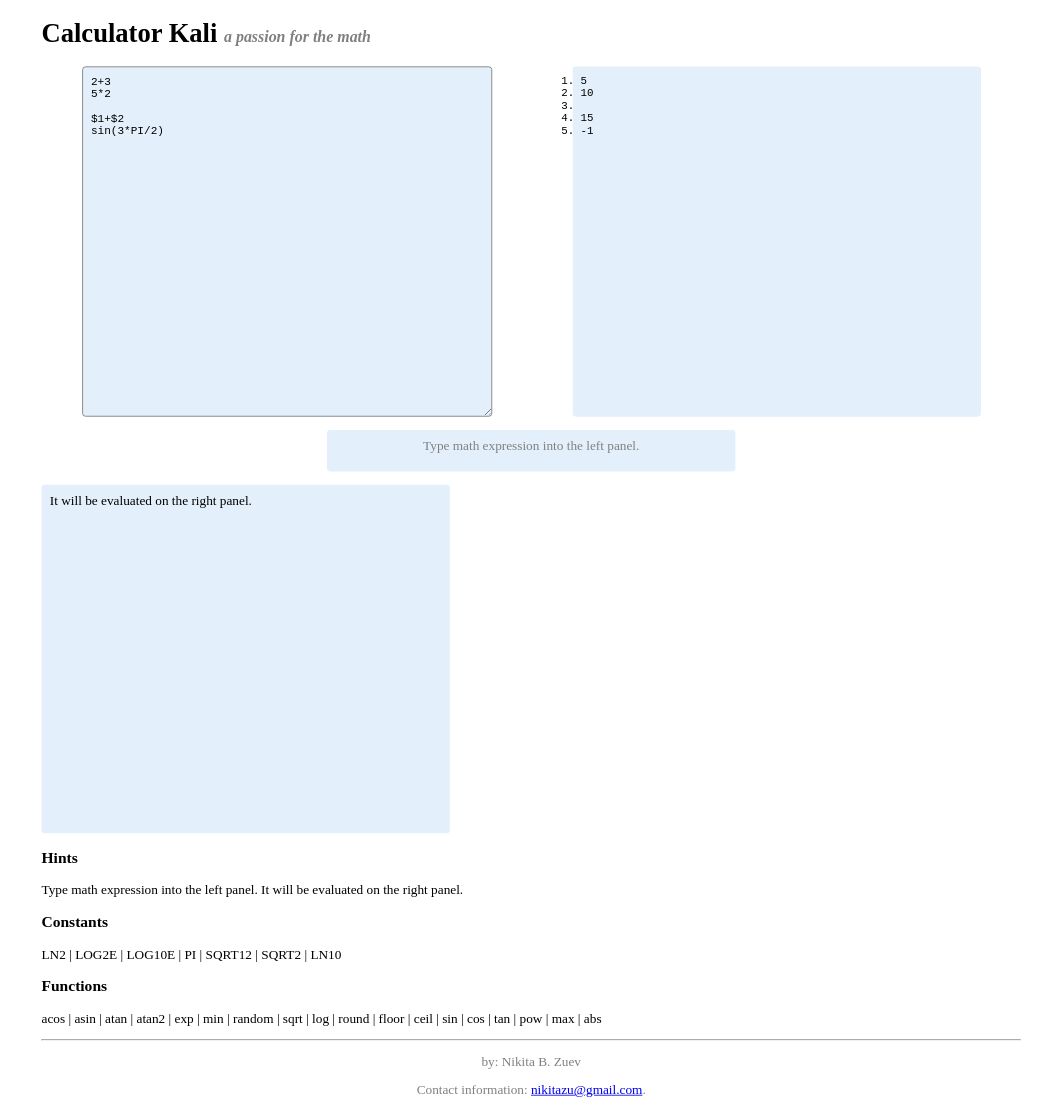
Repository: nikitazu/kali
Page: index.html
The author's editor kept a record of every edit. The page is drawn from the files as they stood at one moment, then again after the next edit.
The browser window is 1280 px wide. The pictures show the whole page, at 83% of full size.

Above is the page before.

### index.html
<!DOCTYPE html>

<html lang="en-us">

<head>
	<meta charset="utf-8">
	<title>Calculator Kali</title>
	<link rel="stylesheet" type="text/css" href="styles/main.css">
</head>

<body>
	<h1>
		Calculator Kali
		<span class="subtitle"> a passion for the math</span>
	</h1>

	<div id="mainContent" class="code-block-holder">
		<textarea
			id="evaluator"
			class="code-block"
			type="textarea"
			name="evaluator"
			v-model="inputText"
			v-on="click: evaluatorInputTextChanged">
		</textarea>

		<div
			id="results"
			class="code-block"
			v-html="inputText | evaluate">
		</div>
	</div>

	<div class="code-block-holder">
		<p class="code-block">
			Type math expression into the left panel.
		</div>

		<div class="code-block">
			It will be evaluated on the right panel.
		</div>
	</div>

	<div id="help">

		<h3>Hints</h3>
		<p>
			Type math expression into the left panel.
			It will be evaluated on the right panel.
		</p>

		<h3>Constants</h3>
		<p>
			LN2 | LOG2E | LOG10E | PI | SQRT12 | SQRT2 | LN10
		</p>

		<h3>Functions</h3>
		<p>
			acos | asin | atan | atan2 | exp | min | random | sqrt |
			log | round | floor | ceil | sin | cos | tan | pow | max | abs
		</p>
	</div>

	<footer>
		<hr />
		<p>by: Nikita B. Zuev</p>
		<p>Contact information: <a href="mailto:nikitazu@gmail.com">nikitazu@gmail.com</a>.</p>
	</footer>

	<script src="libs/_bower.js"></script>
	<script src="app/main.js"></script>

</body>
</html>

### styles/main.css
#mainContent {
	font-family: monospace;
}

.code-block-holder {
	display: flex;
	flex-direction: row;
	justify-content: space-around;
}

.code-block {
	background-color: #E3F0FB;
	border-radius: 4px;
	padding: 10px;
	width: 40%;
	min-height: 400px;
}

p.code-block {
	min-height: 30px;
	text-align: center;
	color: gray;
}

#results ol {
	padding: 0;
	margin: 0;
}

body {
	margin-left: 50px;
	margin-right: 50px;
}

h1 .subtitle {
	color: gray;
	font-size: 60%;
	font-style: italic;
}

footer {
	text-align: center;
	color: gray;
}

.buttonStyle {
	border-radius: 4px;
	border: thin solid #F0E020;
	padding: 5px;
	background-color: #F8F094;
	font-family: "Segoe UI", Tahoma, Geneva, Verdana, sans-serif;
	font-weight: bold;
	color: #663300;
	width: 75px;
}

.buttonStyle:hover {
	border: thin solid #FFCC00;
	background-color: #FCF9D6;
	color: #996633;
	cursor: pointer;
}
.buttonStyle:active {
	border: thin solid #99CC00;
	background-color: #F5FFD2;
	color: #669900;
	cursor: pointer;
}

### app/main.js
(function() {


function tryEval(expression, context) {
    try {
        return math.eval(expandContext(expression, context)) || '';
    } catch(e) {
        return e;
    }
}

function expandContext(expression, context) {
    var temp = expression;

    for (var i = 0; i < context.length; i++) {
        var previousResult = context[i];

        temp = temp.replace('$'+(i+1), previousResult);
    }

    return temp;
}


var app = new Vue({
    el: '#mainContent',

    data: {
        inputText: '2+3\n5*2\n\n$1+$2\nsin(3*PI/2)'
    },

    filters: {
        evaluate: function (data) {
            if (typeof(data) == 'undefined') {
                return '';
            }
            var lines = data.split('\n');
            var result = '';
            var context = new Array(lines.length);

            for (var i = 0; i < lines.length; i++) {
                var line = lines[i];
                var processedItem = tryEval(line, context);
                context[i] = processedItem;
                result += ('<li>' + processedItem + '</li>');
            }

            return '<ol>' + result + '</ol>';
        }
    }
});

})();

Loaded but not shown: libs/_bower.js (library)

After the next edit:
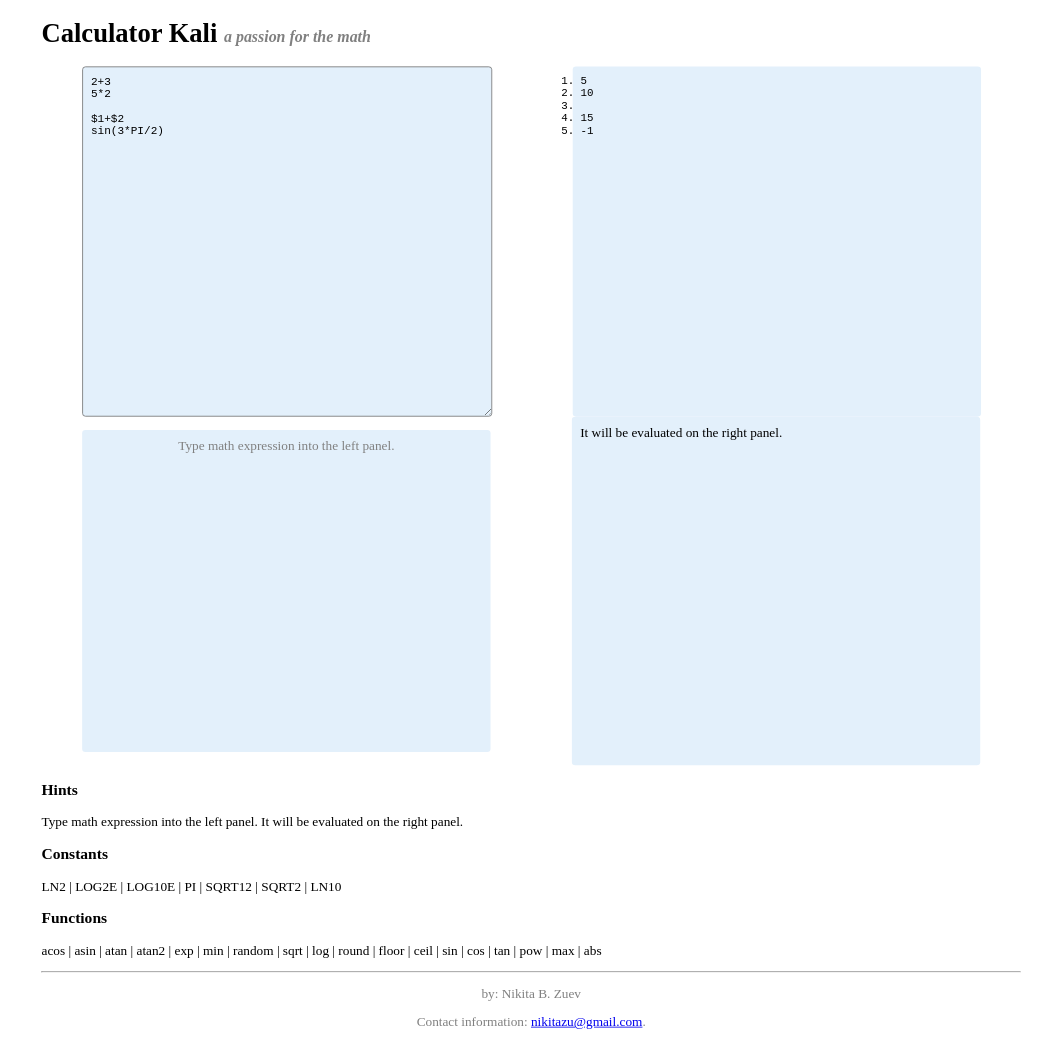
The edit:
--- a/index.html
+++ b/index.html
@@ -34,7 +34,7 @@
 	<div class="code-block-holder">
 		<p class="code-block">
 			Type math expression into the left panel.
-		</div>
+		</p>
 
 		<div class="code-block">
 			It will be evaluated on the right panel.
